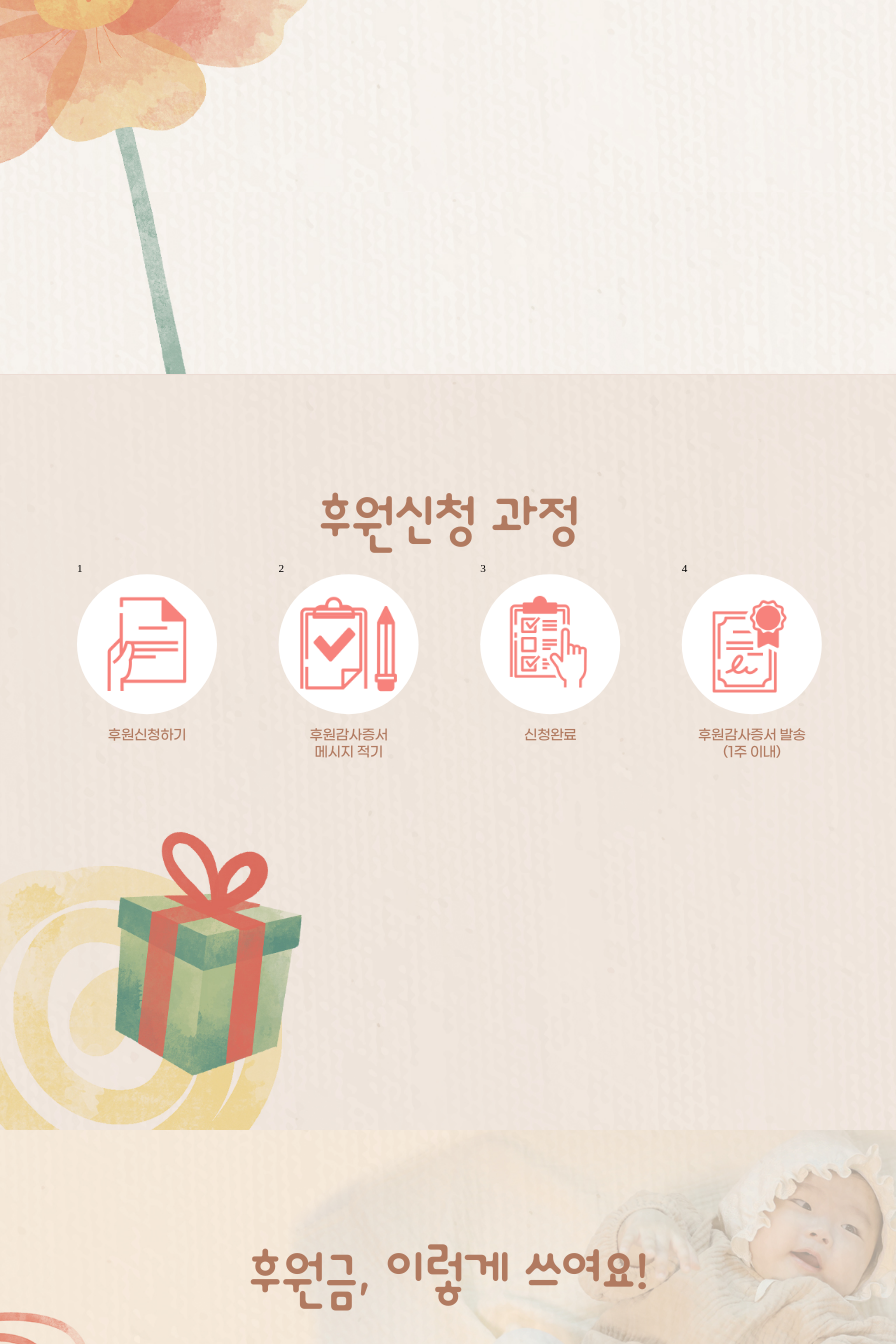
Repository: dlgywls1130/save_the_children
Page: index.html
These files come from the project's save history. The page is drawn as it stood at one moment and after the next save; the edit follows.
The browser window is 1280 px wide. The pictures show the part of the page from y = 4566 to 6486 px (the page is 6880 px tall), at 70% of full size.

Above is the page before, as saved 2023-12-13 10:50:07.

### index.html
<!DOCTYPE html>
<html lang="en">
<head>
    <meta charset="UTF-8">
    <meta name="viewport" content="width=device-width, initial-scale=1.0">
    <title>세이브더칠드런</title>

    <link rel="stylesheet" href="./css/reset.css">
    <link rel="stylesheet" href="./css/style.css">
</head>
<body>
    <div class="content_body">
        <section class="section_wrapper section01">
            <div class="se01 se_wrapper">
                <div class="se01_sub">
                    <div class="sub_logo">
                        <img src="./img/logo01.png" alt="logo">
                    </div>
                    <p>우리 아기 좋은 날 기부</p>
                </div>
                <p class="seo01_title">
                    아가야,
                </p>
                <p class="seo01_title_two">
                    너의 <span>탄생</span> 순간을 축하해!
                </p>
                <p class="section_descript mb-45">
                    처음 아기의 심장 소리를 들었던 순간,
                    <br>여린 아가의 성장이 실감나던 배냇짓,
                    <br>기적 같았던 백일,
                    <br>그리고 아이의 첫 생일인 첫돌...
                </p>
                <p class="section_descript">
                    아이의 건강과 행복을 바라는 마음을 담아,
                    <br>내 아이의 소중한 순간을 기부로 기념해보세요.
                    <br>함께 자라나는 다른 아이들에게도 큰 축복이 됩니다.
                </p>

                <a class="donation_link" href="javascript:void(0)">우리 아기 좋은 날 기부</a>
            </div>
        </section>
        <section class="section_wrapper section02">
            <div class="se02 se_wrapper">
                <div class="postit_wrapper">
                    <div class="postit postit01">
                        <p>우리 아들 우현이의<br>
                        200일을 축하해.<br>
                        건강하게 자라줘서 고마워 ❤<br>
                        늘 사랑받고 받은 사랑만큼<br>
                        베풀 수 있는 건강하고<br>
                        멋진 아들이 되길 바래!</p>
                    </div>
                    <div class="postit postit02">
                        <p>우리 새로아<Br>
                        백일 동안 무럭무럭 자라줘서<Br>
                        고마워~앞으로도 건강하고<Br>
                        우리 같이 재미있게 많이 놀자.<Br>
                        엄마,아빠가 많이 사랑해.</p>
                    </div>
                    <div class="postit postit03">
                        <p>서진아<br>
                        우리에게 와줘서 고마워<br>
                        건강하고 행복하게 자라렴.<br>
                        사랑해♡      </p>
                    </div>
                    <div class="postit postit04">
                        <p>보미야<br>
                        첫 번째 생일 축하해<br>
                        너의 존재가 온 세상에<br>
                        봄이길 바랄게!   </p>
                    </div>
                    <div class="postit postit05">
                        <p>사랑하는 도현이의<br>
                        첫 어린이날과 첫돌을<br>
                        기념하며, <br>
                        이웃을 사랑하는<br>
                        멋진 사람으로 자라길</p>

                    </div>
                </div>
                <p class="ex_text">*소개한 사연은 모두 실제 사연입니다.</p>

            </div>
        </section>
        <section class="section_wrapper section03">
            <div class="se_wrapper se03">
                <div class="se_title_co">
                    아기의 좋은 날을 기념해 주신 모든 분들께
                    <br>후원감사증서를 보내드립니다.
                </div>
                <div class="se_sub_co">
                    후원감사증서는 아기에게 남기고 싶은 메시지와 아기의 좋은 날이 담긴 사진을 보관할 수 있도록
                    <br>만들어드립니다. 먼 훗날, 아기가 성장해 읽게 될 날을 그리며 편지를 써보세요.
                </div>
            </div>

        </section>
        <section class="section_wrapper section04">
            <div class="se_wrapper se04">
                <div class="se_title_co">
                    이름 자수 순면거즈블랭킷
                </div>
                <div class="se_sub_co">
                    30만원 이상 후원하신 분들께는 순면 거즈 아기 블랭킷(90*110)에
                    <Br>원하시는 이름(영문)을 예쁘게 수놓아 드립니다.
                </div>

                <div class="se04_slide">
                    <div class="se04_slide_list">
                        <img src="">
                    </div>
                    <div class="se04_slide_list">
                        <img src="">
                    </div>
                    <div class="se04_slide_list">
                        <img src="">
                    </div>
                </div>
            </div>
        </section>
        <section class="section_wrapper section05">
            <div class="se_wrapper se05">
                <div class="se_title_co">
                    후원신청 과정
                </div>

                <div class="se_step_list">
                    <div class="se_step">
                        <p class="step_number">1</p>
                        <div class="step_ico">
                            <img src="./img/icon01.png" alt="img">
                        </div>
                        <p class="step_descript">
                            후원신청하기
                        </p>
                    </div>
                    <div class="se_step">
                        <p class="step_number">2</p>
                        <div class="step_ico">
                            <img src="./img/icon02.png" alt="img">
                        </div>
                        <p class="step_descript">
                            후원감사증서
                            <br>메시지 적기
                        </p>
                    </div>
                    <div class="se_step">
                        <p class="step_number">3</p>
                        <div class="step_ico">
                            <img src="./img/icon03.png" alt="img">
                        </div>
                        <p class="step_descript">
                            신청완료
                        </p>
                    </div>
                    <div class="se_step">
                        <p class="step_number">4</p>
                        <div class="step_ico">
                            <img src="./img/icon04.png" alt="img">
                        </div>
                        <p class="step_descript">
                            후원감사증서 발송
                            <Br>(1주 이내)
                        </p>
                    </div>
                </div>
            </div>

        </section>
        <section class="section_wrapper section06">
            <div class="se_wrapper se06">
                <div class="se_title_co">
                    후원금, 이렇게 쓰여요!
                </div>
                <div class="se_sub_co">
                    세이브더칠드런은 <span>국내외 아동을 위한 교육,
                    <Br>보호, 보건영양지원, 아동권리옹호</span> 등의 활동을 해나가고 있습니다.
                </div>
                <div class="se_sub_co">
                    보내주신 후원금은 정치, 종교, 인종에 관계없이 모든 아이를 구해야 한다는
                    <Br>세이브더칠드런의 신념에 따라 <span>가장 도움 필요한 아이를 위해 우선 사용</span>됩니다.
                </div>
            </div>

        </section>
        <section class="section_wrapper section07">

        </section>
        <section class="section_wrapper section08">

        </section>
    </div>
</body>
</html>

### css/reset.css


html, body, div, span, applet, object, iframe,
h1, h2, h3, h4, h5, h6, p, blockquote, pre,
a, abbr, acronym, address, big, cite, code,
del, dfn, em, img, ins, kbd, q, s, samp,
small, strike, strong, sub, sup, tt, var,
b, u, i, center,
dl, dt, dd, ol, ul, li,
fieldset, form, label, legend,
table, caption, tbody, tfoot, thead, tr, th, td,
article, aside, canvas, details, embed,
figure, figcaption, footer, header, hgroup,
menu, nav, output, ruby, section, summary,
time, mark, audio, video {
	margin: 0;
	padding: 0;
	border: 0;
	font-size: 100%;
	font: inherit;
	vertical-align: baseline;
}

article, aside, details, figcaption, figure,
footer, header, hgroup, menu, nav, section {
	display: block;
}
body {
	line-height: 1;
}
ol, ul {
	list-style: none;
}
blockquote, q {
	quotes: none;
}
blockquote:before, blockquote:after,
q:before, q:after {
	content: '';
	content: none;
}
table {
	border-collapse: collapse;
	border-spacing: 0;
}

### css/style.css

/* root */
:root{
    --main-color:#B17A60;
    --pink-color:#F79497;
}


/* font */

/* dongle */
@font-face {
    font-family: 'Dongle';
    font-weight: 300;
    src: url('../font/Dongle-Light.ttf') format('ttf'),
    url('../font/Dongle-Light.woff') format('woff');
}

@font-face {
    font-family: 'Dongle';
    font-weight: 500;
    src: url('../font/Dongle-Regular.ttf') format('ttf'),
    url('../font/Dongle-Regular.woff') format('woff');
}

@font-face {
    font-family: 'Dongle';
    font-weight: 700;
    src: url('../font/Dongle-Bold.ttf') format('ttf'),
    url('../font/Dongle-Bold.woff') format('woff');
}


/* Gmarket */
@font-face {
    font-family: 'GmarketSans';
    font-weight: 300;
    src: url('../font/GmarketSansLight.ttf') format('ttf'),
    url('../font/GmarketSansLight.woff') format('woff');
}

@font-face {
    font-family: 'GmarketSans';
    font-weight: 500;
    src: url('../font/GmarketSansMedium.ttf') format('ttf'),
    url('../font/GmarketSansMedium.woff') format('woff');
}

@font-face {
    font-family: 'GmarketSans';
    font-weight: 700;
    src: url('../font/GmarketSansBold.ttf') format('ttf'),
    url('../font/GmarketSansBold.woff') format('woff');
}


/* nanumsqure */

@font-face {
    font-family: 'NanumSquare';
    font-weight: 400;
    src: url('../font/NanumSquareL.ttf') format('ttf'),
    url('../font/NanumSquareL.woff') format('woff');
}

@font-face {
    font-family: 'NanumSquare';
    font-weight: 500;
    src: url('../font/NanumSquareR.ttf') format('ttf'),
    url('../font/NanumSquareR.woff') format('woff');
}

@font-face {
    font-family: 'NanumSquare';
    font-weight: 600;
    src: url('../font/NanumSquareB.ttf') format('ttf'),
    url('../font/NanumSquareB.woff') format('woff');
}

@font-face {
    font-family: 'NanumSquare';
    font-weight: 700;
    src: url('../font/NanumSquareEB.ttf') format('ttf'),
    url('../font/NanumSquareEB.woff') format('woff');
}



/* scdream5 */
@font-face {
    font-family: 'SCDream5';
    src: url('../font/SCDream5.woff') format('woff'),
    url('../font/SCDream5.ttf') format('ttf'),
    url('../font/SCDream5.otf') format('otf');
}


.section_wrapper{
    max-width:1920px;
    width: 100%;

}

.se_wrapper{
    max-width: 1060px;
    margin: 0 auto;
    width: 100%;
    position: relative;
}


/* common */
.mb-45{margin-bottom: 45px;}

/* section01 */


.section01{
    background: url('../img/back01.jpg') no-repeat;
    height: 1080px;

}

.se01{
    padding: 230px 0 70px;
    box-sizing: border-box;
}
.se01_sub{

    display: flex;
    align-items: center;
    margin-bottom: 30px;
}

.sub_logo{
    width: 198px;
    height: 65px;
    margin-right: 15px;
}

.sub_logo img{
    width: 100%;
    height: 100%;
    object-fit: contain;
}

.se01_sub p{
    width: 302px;
    height: 52px;
    background: #B17A60;
    border-radius: 20px;
    display: flex;
    align-items: center;
    justify-content: center;
    letter-spacing: -0.03em;
    font-size: 25px;
    font-weight: 700;
    font-family: 'GmarketSans',sans-serif;
    color: #fff;
}

.seo01_title{
    font-family: 'Dongle',sans-serif;
    font-weight: 500;
    font-size: 150px;
    color: var(--main-color);
    letter-spacing: -0.03em;
}

.seo01_title_two{
    font-family: 'Dongle',sans-serif;
    font-weight: 500;
    font-size: 120px;
    color: var(--main-color);
    letter-spacing: -0.03em;
    margin-top: -4%;
    margin-bottom: 50px;
}

.section_descript{
    font-size: 25px;
    line-height: 35px;
    font-family: 'GmarketSans';
    font-weight: 500;
    letter-spacing: -0.03em;
    color: #000;
}

.donation_link{
    width: 560px;
    height: 75px;
    border-radius: 100px;
    display: flex;
    align-items: center;
    justify-content: center;
    background: var(--pink-color);
    color: #fff;
    font-family: 'GmarketSans';
    font-size: 35px;
    font-weight: 700;
    letter-spacing: -0.03em;
    text-decoration: none;
    margin: 45px auto 0;
}
/* section02 */

.section02{
    height: 1340px;
    background: url('../img/back03.jpg') no-repeat;
}

.se02{
    padding: 76px 0 96px;
    box-sizing: border-box;
    height: 100%;
}
.postit_wrapper{
    width: 100%;
    position: relative;
    height: 1123px;
}

.ex_text{
    font-family: 'GmarketSans';
    font-size: 20px;
    font-weight: 500;
    letter-spacing: -0.03em;
}

.postit {
    position: absolute;
}
.postit p{
    font-family: 'SCDream5';
    font-size: 23px;
    line-height: 35px;
    text-align: center;
    display: flex;
    justify-content: center;
    align-items: center;
    height: 100%;
}

.postit01{
    background:url('../img/post04.png') no-repeat;
    width: 438px;
    height: 438px;
    background-size: contain;
    box-sizing: border-box;
    left: 64px;
    top: 0;

}

.postit01 p{
    transform: rotate(358deg);
    padding-top: 20px;
}

.postit02{
    background: url('../img/post05.png') no-repeat;
    width: 450px;
    height: 450px;
    background-size: contain;
    box-sizing: border-box;
    top: 0;
    right: 0;

}

.postit02 p{
    transform: rotate(10deg);
    padding-top: 20px;
}

.postit03{
    background:url('../img/post02.png') no-repeat;
    width: 400px;
    height: 400px;
    background-size: contain;
    box-sizing: border-box;
    left: 0;
    top: 31%;
    z-index: 1;
}

.postit03 p{
    transform: rotate(7deg);
    padding-top: 20px;
}

.postit04{
    background: url(../img/post03.png) no-repeat;
    width: 380px;
    height: 380px;
    background-size: cover;
    box-sizing: border-box;
    top: 39%;
    right: 0;
}

.postit04 p{
    transform: rotate(354deg);
}

.postit05{
    background:url('../img/post01.png') no-repeat;
    width: 390px;
    height: 390px;
    background-size: contain;
    box-sizing: border-box;
    top: 58%;
    left: -13px;
}

.postit05 p{
    transform: rotate(-9deg);
    padding-top: 20px;
}

/* section03 */

.section03{
    height: 1340px;
    background: url('../img/back04.jpg') no-repeat;
}

.se03{
    padding: 99px 0 96px;
    box-sizing: border-box;
    height: 100%;
}


.se_title_co{
    font-size: 120px;
    line-height: 120px;
    letter-spacing: -0.03em;
    font-family: 'Dongle';
    font-weight: 500;
    color: var(--main-color);
    text-align: center;
}

.se_sub_co{
    font-size: 25px;
    letter-spacing: -0.03em;
    line-height: 50px;
    font-family: 'GmarketSans';
    font-weight: 500;
    text-align: center;
    margin-top: 30px;
}

/* section04 */

.section04{
    height: 1340px;
    background: url('../img/back05.jpg') no-repeat;
}

.se04{
    padding: 120px 0 130px;
    box-sizing: border-box;
    height: 100%;
}

/* section05 */
.section05{
    height: 1080px;
    background: url('../img/back07.jpg') no-repeat;
}

.se05{
    padding: 150px 0 140px;
    box-sizing: border-box;
    height: 100%;
}

.se_step_list{
    display: flex;
    align-content: center;
    column-gap: 88px;
}

.se_step_list .se_step{
    position: relative;
}

.se_step_list .se_step .step_ico{
    width: 200px;
    height: 200px;
    border-radius: 50%;
    background-color: #fff;
    display: flex;
    align-items: center;
    justify-content: center;
}

.se_step_list .se_step .step_ico img {
    width: 138px;
    height: 138px;
}

.step_descript{
    font-size: 20px;
    letter-spacing: -0.03em;
    line-height: 23px;
    font-weight: 500;
    font-family: 'GmarketSans';
    text-align: center;
    margin-top: 20px;
    color: var(--main-color);
}

/* section06 */
.section06{
    height:700px;
    background: url('../img/back06.jpg') no-repeat;
}

.se06{
    padding: 150px 0;
    height: 100%;
    box-sizing: border-box;
}


.se_sub_co span{
    font-weight: 700;
}
/* section07 */

/* section08 */

After the next save:
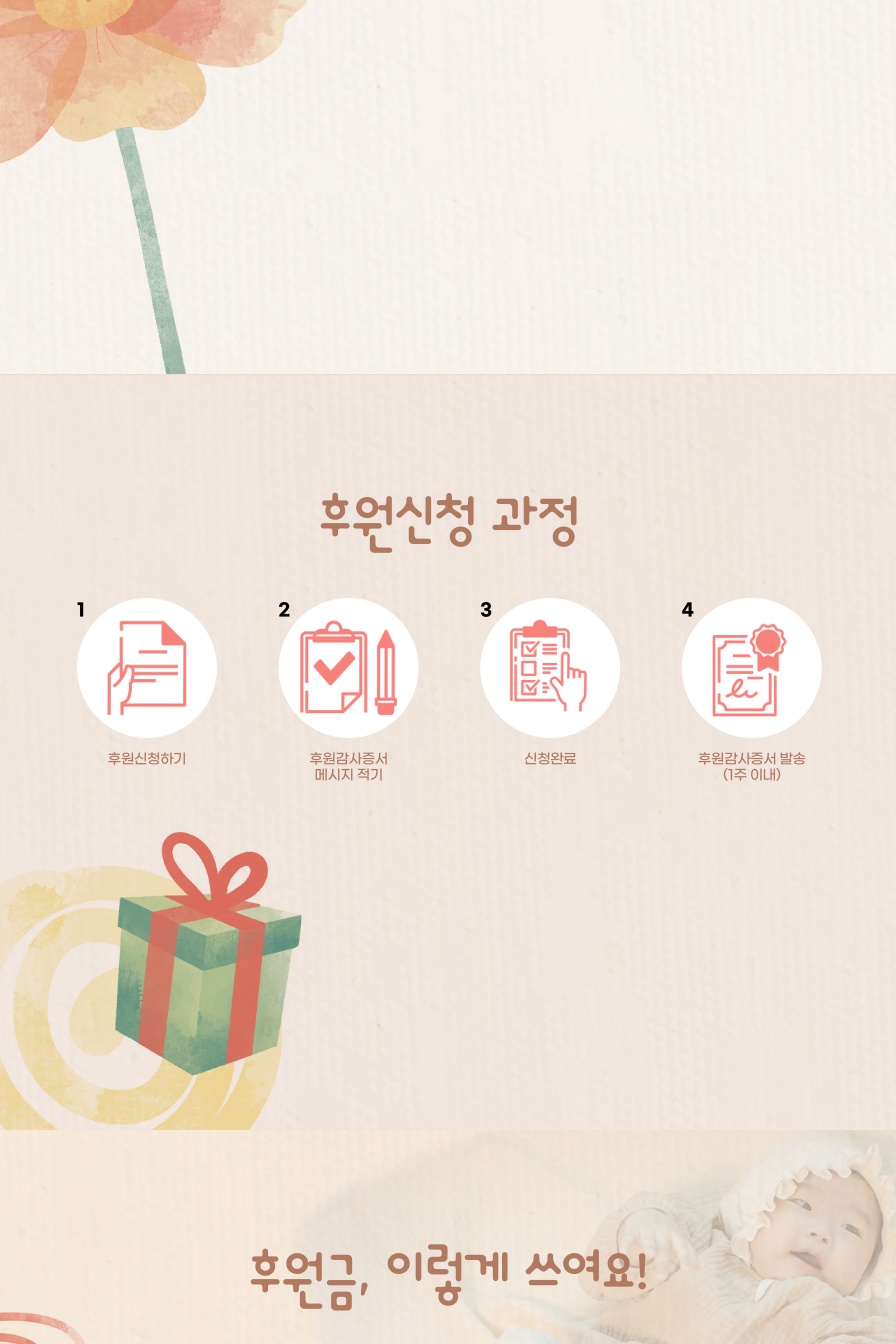
Saved 75 s later.
--- a/css/style.css
+++ b/css/style.css
@@ -381,10 +381,22 @@
     display: flex;
     align-content: center;
     column-gap: 88px;
+    margin-top: 50px;
 }
 
 .se_step_list .se_step{
     position: relative;
+}
+
+.step_number{
+    font-size: 25px;
+    letter-spacing: -0.03em;
+    line-height: 35px;
+    font-weight: 700;
+    font-family: 'GmarketSans';
+    position: absolute;
+    left: 0;
+    top: 0;
 }
 
 .se_step_list .se_step .step_ico{
